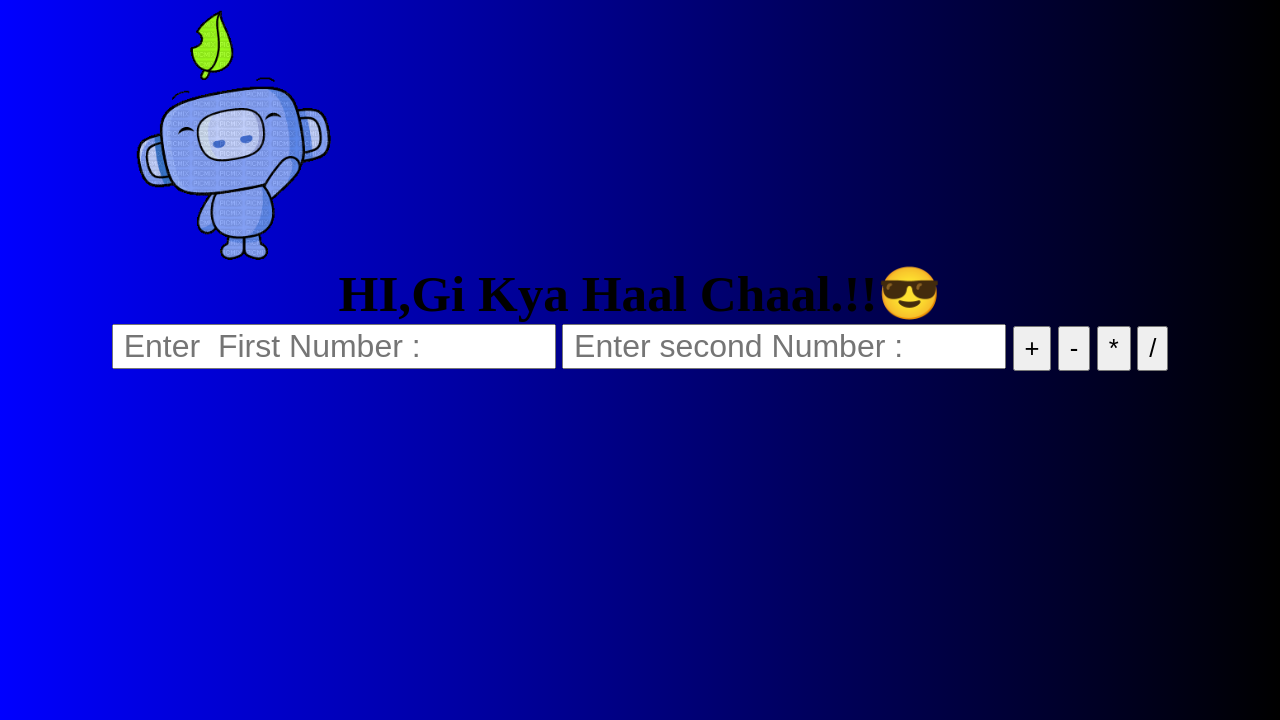
Repository: Deepak-Mane1902/simple-Calculator-using-JSP-Servlet
Page: http://localhost/webProject/
An editor plug-in stored every save of this project. The page is shown before and after a run of saves, followed by the edit.
The browser window is 1280 px wide. The pictures show the whole page.
The page is served by Tomcat 9.

Above is the page before, as saved 2024-12-15 06:49:56.

After the next 2 saves:
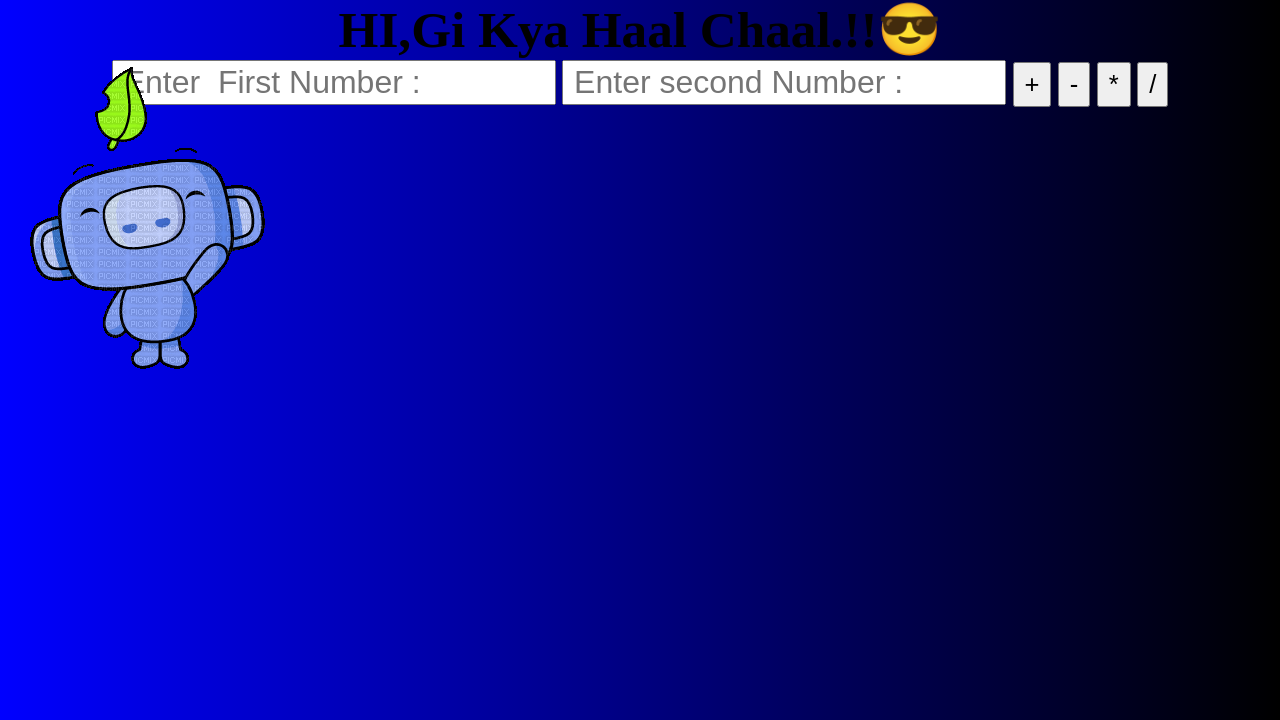
The 2 saves are shown as one change because they came seconds apart.
The last was saved 13 s later.
--- a/webProject/src/main/webapp/style.css
+++ b/webProject/src/main/webapp/style.css
@@ -13,11 +13,11 @@
 	justify-content:center;
 	align-items:center;
 	text-align:center;
-	postition:relative;
+	position:relative;
 
 }
 img{
-	postition:absolute;
+	position:absolute;
 	top:50%;
 	width:25%;
 }
